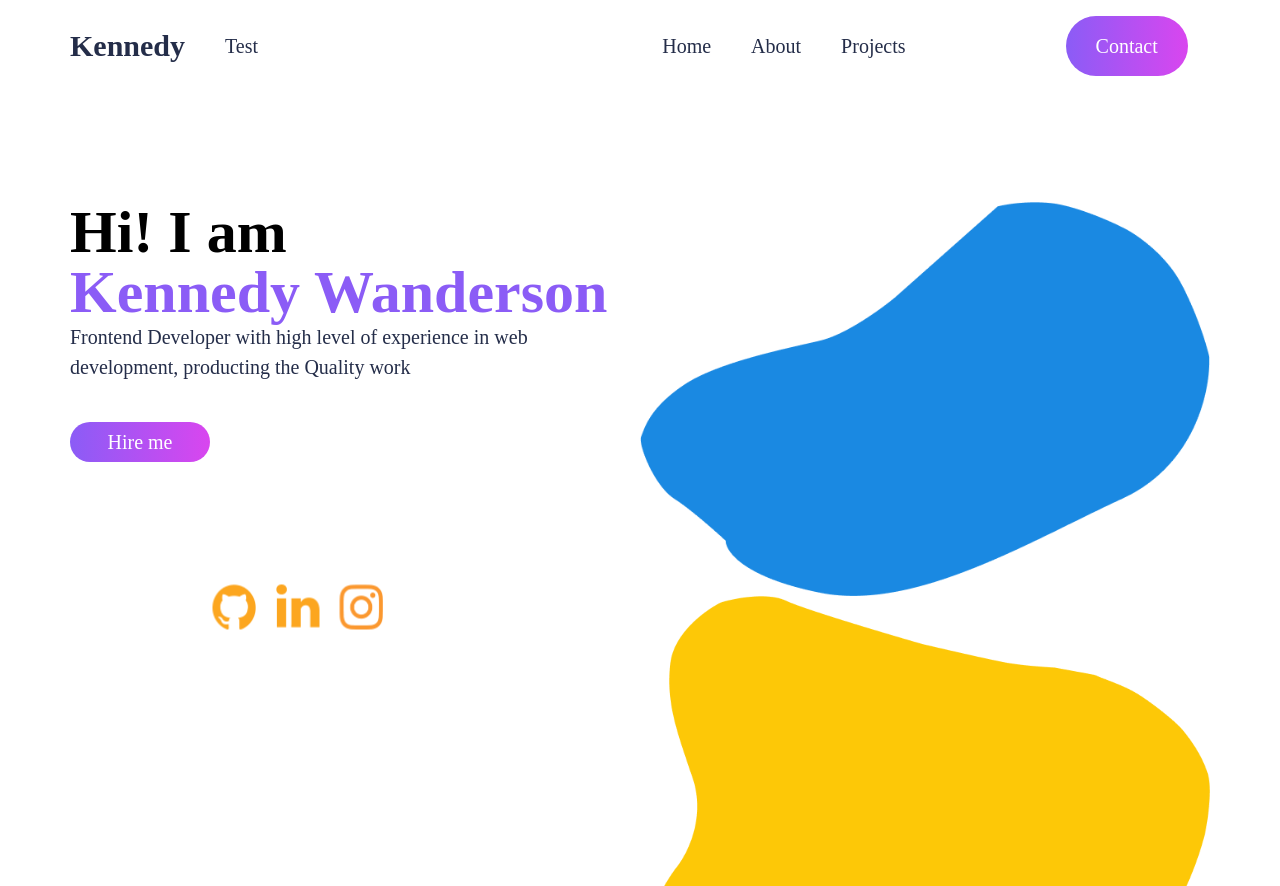
Repository: KennedyWanderson/portfolio
Page: /
An editor plug-in stored every save of this project. The page is shown before and after the next save, followed by the edit.
The browser window is 1280 px wide. The pictures show the whole page.
Some web fonts or font styles are not loaded; a fallback is used. The project was rebuilt for these pictures with package versions that can differ from the ones it lists, and the page was loaded fresh each time.

Above is the page before, as saved 2024-01-17 11:43:58.

### public/index.html
<!DOCTYPE html>
<html lang="en">
  <head>
    <meta charset="utf-8" />
    <link rel="icon" href="%PUBLIC_URL%/favicon.ico" />
    <meta name="viewport" content="width=device-width, initial-scale=1" />
    <meta name="theme-color" content="#000000" />
    <meta
      name="description"
      content="Web site created using create-react-app"
    />

    <style>
      @font-face{
        font-family: Gumela;
        src: url('../src/fonts/*');
      }

      *{
        font-family: 'Gumela';
        font-weight: normal;
        font-size: 20px;
      }
      body{
        margin: 0;
      }
    </style>
    <link rel="apple-touch-icon" href="%PUBLIC_URL%/logo192.png" />
    <!--
      manifest.json provides metadata used when your web app is installed on a
      user's mobile device or desktop. See https://developers.google.com/web/fundamentals/web-app-manifest/
    -->
    <link rel="manifest" href="%PUBLIC_URL%/manifest.json" />
    <!--
      Notice the use of %PUBLIC_URL% in the tags above.
      It will be replaced with the URL of the `public` folder during the build.
      Only files inside the `public` folder can be referenced from the HTML.

      Unlike "/favicon.ico" or "favicon.ico", "%PUBLIC_URL%/favicon.ico" will
      work correctly both with client-side routing and a non-root public URL.
      Learn how to configure a non-root public URL by running `npm run build`.
    -->
    <title>React App</title>
  </head>
  <body>
    <noscript>You need to enable JavaScript to run this app.</noscript>
    <div id="root"></div>
    <!--
      This HTML file is a template.
      If you open it directly in the browser, you will see an empty page.

      You can add webfonts, meta tags, or analytics to this file.
      The build step will place the bundled scripts into the <body> tag.

      To begin the development, run `npm start` or `yarn start`.
      To create a production bundle, use `npm run build` or `yarn build`.
    -->
  </body>
</html>

### src/index.css
@import 'tailwindcss/base';
@import 'tailwindcss/components';
@import 'tailwindcss/utilities';

:root
{
  --yellow: #F5C32C;
    --orange : #FCA61F;
    --black : #242D49;
    --gray : #788097;
    --blueCard : #DDF8FE;
    --purple: rgb(238 210 255);
    --boxShadow : 0px 19px 60px rgb(0 0 0 / 8%);
    --orangeCard: rgba(252, 166, 31, 0.45);
    --smboxShadow: -79px 51px 60px rgba(0, 0, 0, 0.08);
}

.App{
    padding: 0.5rem 3.5rem;
    overflow: hidden;
    color: var(--black);
}

### src/App.js
import logo from './logo.svg';
import './App.css';
import './index.css'
import Navbar from './Components/Navbar/Navbar';
import About from './Components/About/About';

function App() {
  return (
    <div className="App">
      <Navbar />
      <About />
    </div>
  );
}

export default App;

### src/App.css
@import 'tailwindcss/base';
@import 'tailwindcss/components';
@import 'tailwindcss/utilities';

:root
{
  --yellow: #F5C32C;
    --orange : #FCA61F;
    --black : #242D49;
    --gray : #788097;
    --blueCard : #DDF8FE;
    --purple: rgb(238 210 255);
    --boxShadow : 0px 19px 60px rgb(0 0 0 / 8%);
    --orangeCard: rgba(252, 166, 31, 0.45);
    --smboxShadow: -79px 51px 60px rgba(0, 0, 0, 0.08);
}

.App{
    padding: 0.5rem 3.5rem;
    overflow: hidden;
    color: var(--black);
}

.button{
  border-radius: 34px;
  border: none;
  color: white;
  font-size: 16px;
  padding: 10px;
}

### src/Components/Navbar/Navbar.jsx
import React from "react";

const Navbar = () => {
    return(             //h-screen
        <div className="h-[10vh] flex justify-between">
            <div className="flex-1 flex items-center gap-8">
                <div className="text-2xl font-bold">Kennedy</div>
                <span>Test</span>
            </div>
            <div className="flex flex-1 items-center justify-center font-normal">
                <div className="flex-grow-10">
                    <ul className="flex gap-8 mr-32 hover:cursor-grab">
                        <li className="hover:text-orange-500">Home</li>
                        <li className="hover:text-orange-500">About</li>
                        <li className="hover:text-orange-500">Projects</li>
                    </ul>
                </div>
                <button className=" rounded-3xl	border-none	text-white text-base pt-3 p-3 pr-6 pl-6 bg-gradient-to-r from-violet-500 to-fuchsia-500
                hover:cursor-grab bg-white hover:text-orange-500
                ">Contact</button>
            </div>
        </div>
    )
}

export default Navbar;

### src/Components/About/About.jsx
import React from "react";
import Github from '../../img/github.png'
import Instagram from '../../img/instagram.png'
import Linkedin from '../../img/linkedin.png'
import Profile from '../../img/eu.png'
import Vector1 from '../../img/Vector1.png'
import Vector2 from '../../img/Vector2.png'



const About = () => {
    return (
        <div className="flex h-[77vh] my-24">
            <div className="flex flex-col relative flex-1 gap-8">
                <div className="flex flex-col">
                    <span className="text-black font-bold text-5xl">Hi! I am</span>
                    <span className="text-violet-500 font-bold text-5xl">Kennedy Wanderson</span>
                    <span>Frontend Developer with high level of experience
                        in web development, producting the Quality work                   </span>
                </div>
                <button className="rounded-3xl	border-none	text-white text-base pt-3 p-3 pr-6 pl-6 bg-gradient-to-r from-violet-500 to-fuchsia-500
                hover:cursor-grab bg-white hover:text-orange-500 w-28 h-8 flex justify-center items-center">Hire me</button>
                <div className="mt-12 flex gap-8 scale-50 hover:cursor-grab">
                    <a href="https://github.com/KennedyWanderson">
                        <img src={Github} alt="" />
                    </a>
                    <a href="https://www.linkedin.com/in/kennedy-wanderson/">
                        <img src={Linkedin} alt="" />
                    </a>
                    <a href="https://www.instagram.com/_dev.kennedy/">
                        <img src={Instagram} alt="" />
                    </a>
                </div>
            </div>
            <div className="flex-1 relative">
                <div className="z-[1] absolute ">
                    <img className="scale-145 " src={Vector1} alt="" />
                    <img className="scale-145 left-1/4	" src={Vector2} alt="" />
                    <img className="scale-145 " src={Profile} alt="" />
                </div>
            </div>
        </div>
    )
}

export default About;

Loaded but not shown: src/index.js (common file); src/reportWebVitals.js (common file); tailwind.config.js (common file)

After the next save:
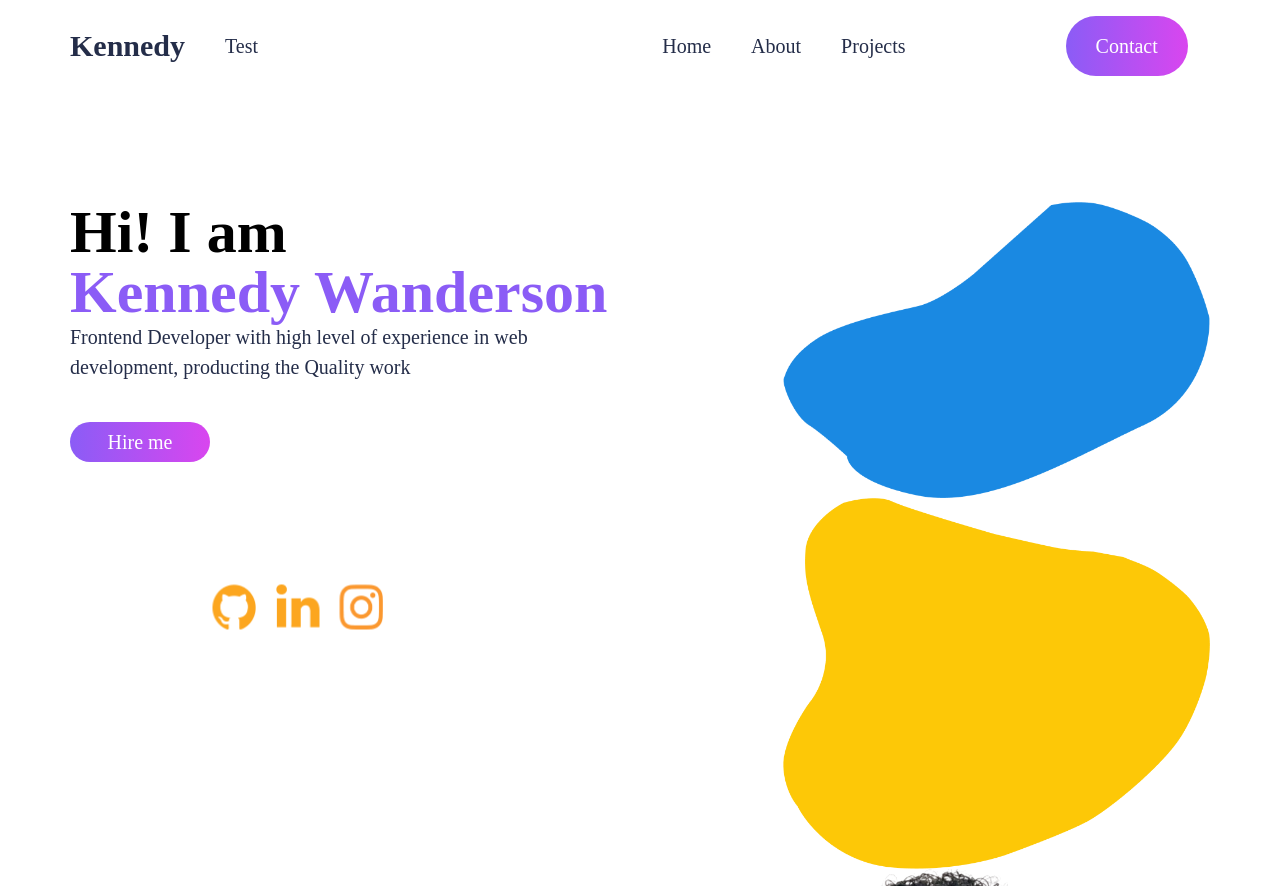
Saved 5 s later.
--- a/src/Components/About/About.jsx
+++ b/src/Components/About/About.jsx
@@ -33,7 +33,7 @@
                 </div>
             </div>
             <div className="flex-1 relative">
-                <div className="z-[1] absolute ">
+                <div className="z-[1] absolute left-1/4	">
                     <img className="scale-145 " src={Vector1} alt="" />
                     <img className="scale-145 left-1/4	" src={Vector2} alt="" />
                     <img className="scale-145 " src={Profile} alt="" />

After the 2 saves that followed:
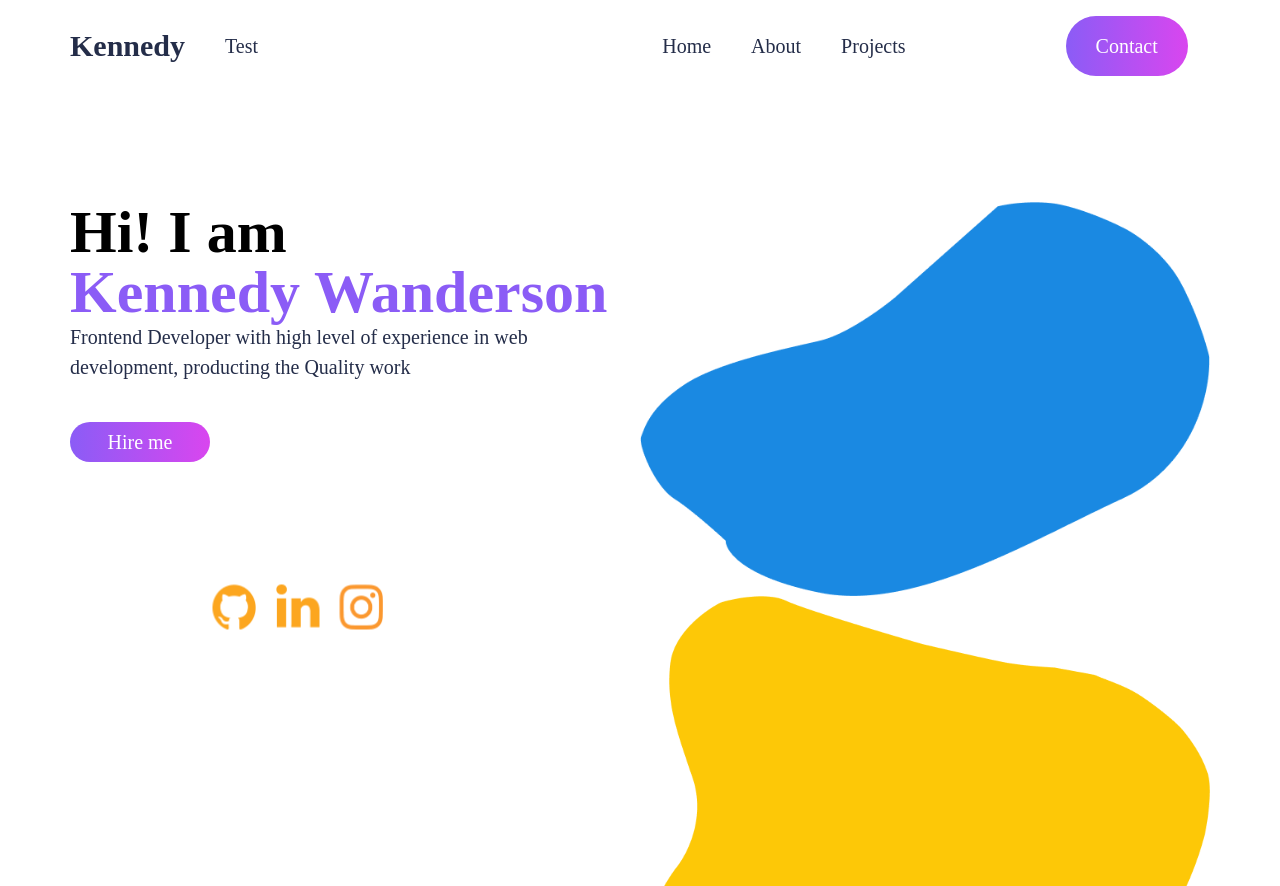
The 2 saves are shown as one change because they came seconds apart.
The last was saved 8 s later.
--- a/src/Components/About/About.jsx
+++ b/src/Components/About/About.jsx
@@ -33,9 +33,9 @@
                 </div>
             </div>
             <div className="flex-1 relative">
-                <div className="z-[1] absolute left-1/4	">
+                <div className="z-[1] absolute ">
                     <img className="scale-145 " src={Vector1} alt="" />
-                    <img className="scale-145 left-1/4	" src={Vector2} alt="" />
+                    <img className="scale-145 " src={Vector2} alt="" />
                     <img className="scale-145 " src={Profile} alt="" />
                 </div>
             </div>
